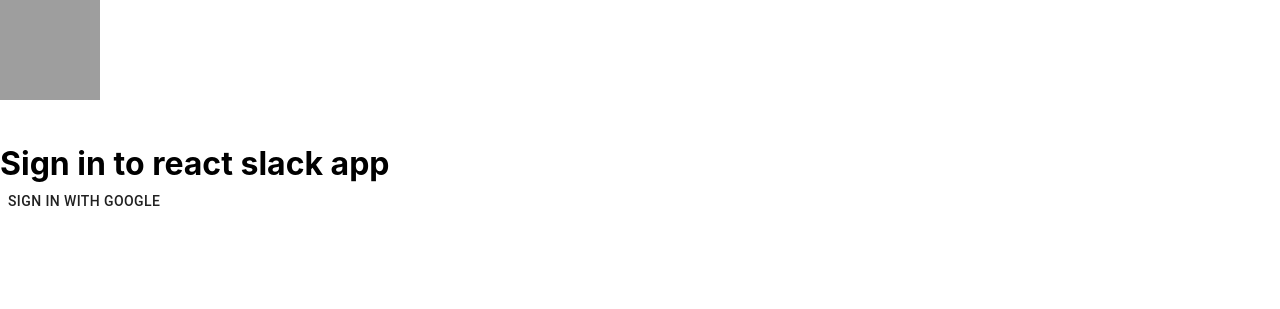
Repository: mminhaz93/React-Slack-Clone
Page: /
These files come from the project's save history. The page is drawn as it stood at one moment and after the next save; the edit follows.
The browser window is 1280 px wide. The pictures show the whole page.
Pictures or frames that could not be fetched are drawn as grey boxes. The project was rebuilt for these pictures with package versions that can differ from the ones it lists, and the page was loaded fresh each time. Also part of the build but not shown: src/components/Header.css, src/components/Header.js, src/components/Sidebar.css, src/components/SidebarOption.css, src/firebase.js, src/components/SidebarOption.js, src/components/Sidebar.js, src/Chat.css and 3 more.

Above is the page before, as saved 2020-08-14 00:18:37.

### src/index.css
* {
  margin: 0;
}

body {
  margin: 0;
  font-family: -apple-system, BlinkMacSystemFont, 'Segoe UI', 'Roboto', 'Oxygen',
    'Ubuntu', 'Cantarell', 'Fira Sans', 'Droid Sans', 'Helvetica Neue',
    sans-serif;
  -webkit-font-smoothing: antialiased;
  -moz-osx-font-smoothing: grayscale;
}

code {
  font-family: source-code-pro, Menlo, Monaco, Consolas, 'Courier New',
    monospace;
}

### src/App.js
import React from "react";
import "./App.css";
import Header from "./components/Header";
import Sidebar from "./components/Sidebar";
import Chat from "./Chat";
import Login from "./Login";
import { BrowserRouter as Router, Switch, Route } from "react-router-dom";
import { useState } from "react";

function App() {
  const [currentUser, setCurrentUser] = useState(null);
  return (
    <div className="App">
      <Router>
        {!currentUser ? (
          <Login />
        ) : (
          <>
            <Header />
            <div className="appBody">
              <Sidebar />
              <Switch>
                <Route path="/room/:roomId">
                  <Chat />
                </Route>
              </Switch>
            </div>
          </>
        )}
      </Router>
    </div>
  );
}

export default App;

### src/App.css
body {
  --slack-color: #3f0f40;
  overflow: hidden;
}

.appBody{
  display: flex;
  height: 100vh;

}

### src/Login.js
import React from "react";
import "./Login.css";
import { Button } from "@material-ui/core";

const Login = () => {
  return (
    <div className="login">
      <div className="loginContainer">
        <img
          src="https://www.arthurterry.bham.sch.uk/wp-content/uploads/2016/09/login-logo.png"
          alt=""
        />
        <h1>Sign in to react slack app</h1>
        <Button>Sign in with Google</Button>
      </div>
    </div>
  );
};

export default Login;

### src/Login.css
.login{

}

.loginContainer > img{
    object-fit: cover;
    height: 100px;
    width: 100px;
    margin-bottom: 40px;
}

Loaded but not shown: public/index.html (common file); src/index.js (common file); src/serviceWorker.js (common file)

After the next save:
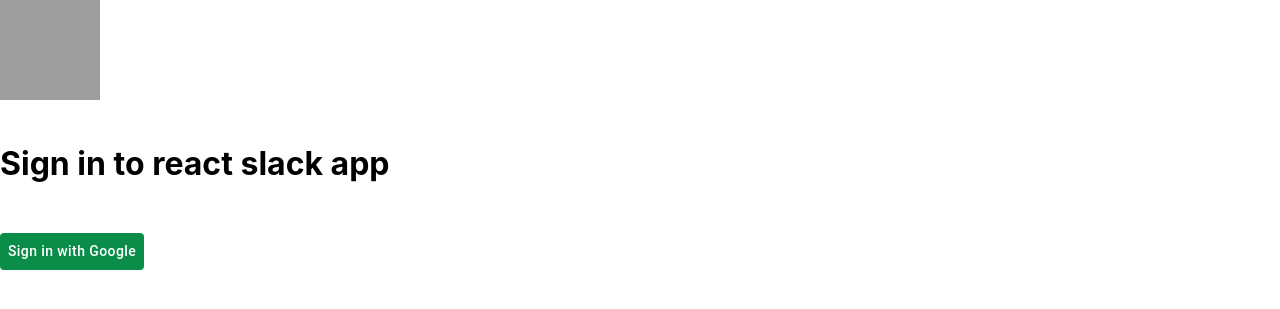
Saved 68 s later.
--- a/src/Login.css
+++ b/src/Login.css
@@ -1,10 +1,16 @@
-.login{
-
+.login {
 }
 
-.loginContainer > img{
-    object-fit: cover;
-    height: 100px;
-    width: 100px;
-    margin-bottom: 40px;
+.loginContainer > img {
+  object-fit: cover;
+  height: 100px;
+  width: 100px;
+  margin-bottom: 40px;
 }
+
+.loginContainer > button {
+  margin-top: 50px;
+  text-transform: inherit !important;
+  background-color: #0a8d48;
+  color: white;
+}
